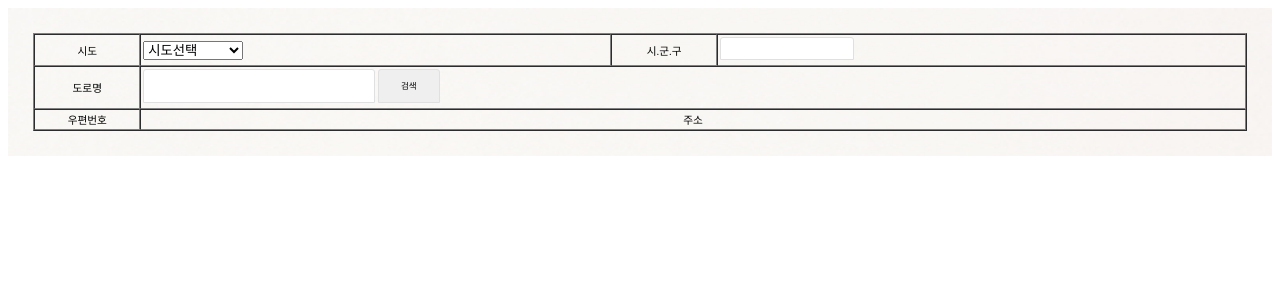
Repository: keepsus/gaebokchi
Page: http://localhost/uzuslime/member/memberCheckPost.jsp
These files come from the project's save history. The page is drawn as it stood at one moment and after the next save; the edit follows.
The browser window is 1280 px wide. The pictures show the whole page.
The page is served by Tomcat 9. Nobody is signed in. The application's start-up code is not run. Other server files are loaded and not shown.

Above is the page before, as saved 2021-02-12 11:42:35.

### uzuslime/src/main/webapp/member/memberCheckPost.jsp
<%@ page language="java" contentType="text/html; charset=UTF-8"
    pageEncoding="UTF-8"%>
<%@ taglib prefix="c" uri="http://java.sun.com/jsp/jstl/core" %>

<!DOCTYPE html>
<html>
<head>
<meta charset="UTF-8">
<title>우편번호 검색</title>
<link rel="stylesheet" href="../css/member.css">
  <link rel="stylesheet" href="/slime/css/memberCheckPost.css">
</head>
<body>
<form id="memberCheckPostForm">
<div class="checkPost">
<table id="checkPostTable" border="1" width="100%" cellpadding="2" cellspacing="0">
<tr>
	<td width="100" align="center">시도</td>
	<td>
		<select name="sido" id="sido" style="width: 100px;">
				<option>시도선택</option>
				<option value="서울">서울</option>
				<option value="인천">인천</option>
				<option value="대전">대전</option>
				<option value="대구">대구</option>
				<option value="울산">울산</option>
				<option value="세종">세종</option>
				<option value="광주">광주</option>
				<option value="경기">경기</option>
				<option value="강원">강원</option>
				<option value="전남">전남</option>
				<option value="전북">전북</option>
				<option value="경남">경남</option>
				<option value="경북">경북</option>
				<option value="충남">충남</option>
				<option value="충북">충북</option>
				<option value="부산">부산</option>
				<option value="제주">제주</option>
			</select>
	</td>
	<td align="center" width="100">시.군.구</td>
	<td><input type="text" name="sigungu" id="sigungu"></td>
</tr>

<tr>
	<td align="center">도로명</td>
	<td colspan="3">
		<input type="text" name="roadname" id="roadname" size="35">
		<input type="button" id="checkPostSearchBtn" value="검색">
	</td>
</tr>

<tr>
	<td align="center">우편번호</td>
	<td colspan="3" align="center">주소</td>
</tr>
</table>
</div>
</form>
<script type="text/javascript" src="https://code.jquery.com/jquery-3.5.1.min.js"></script>
<script type="text/javascript" src="/slime/js/member.js"></script>
</body>
</html>

### uzuslime/src/main/webapp/css/member.css
@charset "UTF-8";
td {
	font-size: 8pt;
}

#addressA:link {color: black; text-decoration: none;}
#addressA:visited {color: black; text-decoration: none;}
#addressA:hover {color: blue; text-decoration: underline;}
#addressA:active {color: black; text-decoration: none;}

### uzuslime/src/main/webapp/css/memberCheckPost.css
.checkPost {
	padding : 2%;

}



.checkPostSearchBtn{
	border-radius: 3px 3px 0 0;
    border: 1px solid #8393a7;
    background-color: #8393a7;
    font-size: 80%;
    color :white;
    cursor:pointer;
}

input {
	padding: 1% 2%;
    line-height: 1.2;
    border-radius: 3px 3px 0 0;
    border: 1px solid #e0e0e0;
    font-size: 80%;
    margin-bottom: 3px;
}

.checkPost {
	background-image: url("/slime/image/img6_1.jpg");
    background-size:cover;
}

### uzuslime/src/main/webapp/js/member.js
//로그인
$('#loginBtn').click(function(){
	$('#loginIdDiv').empty();
	$('#loginPwdDiv').empty();

	if($('#loginId').val()==''){
		$('#loginIdDiv').text('아이디를 입력')
						.css('color','red')
						.css('font-size','8pt')
						.css('font-weight','bold');

	}else if($('#loginPwd').val()==''){
		$('#loginPwdDiv').text('비밀번호를 입력')
						 .css('color','red')
						 .css('font-size','8pt')
						 .css('font-weight','bold');
	}else{
		$.ajax({
			type : 'post',
			url: '/slime/member/login',
			data: {'member_id': $('#loginId').val(), 'pwpwpw': $('#loginPwd').val()},

			dataType: 'text',
			success: function(data){
				if(data == 'success'){
					location.href = '/slime/index.jsp';

				}else if(data == 'fail'){

					alert('잘못된 정보입니다. 다시 입력해주세요.');
				}
			},//success
			error: function(err){
				console.log(err);
			}//error

		});//ajax
	}//else
});//click

//회원가입
$('#writeBtn').click(function(){
	$('#nameDiv').empty();
	$('#idDiv').empty();
	$('#pwdDiv').empty();
	$('#repwdDiv').empty();
	$('#emailDiv').empty();
	var idReg = /^[A-za-z0-9]/g;
	//아이디 한글못넣게 하는 것
	//[영문 대문자 또는 소문자로 시작하는 아이디, 끝날때 제한 없음]

	//if($('#name').val()==''){ -> 방법 1
	//if($('input[id=member_name]').val()==''){ -> 방법 2
	//id 속성이용은 2가지 방법 모두 가능
	if($('input[id=member_name]').val()==''){
		$('#nameDiv').text('이름을 입력하세요');
		$('#nameDiv').css('color','red');
		$('#nameDiv').css('font-size','8pt');
		$('#nameDiv').css('font-weight','bold');

	}else if($('#member_id').val()==''){	//id 속성이용
		$('#idDiv').text('아이디를 입력하세요');
		$('#idDiv').css('color','red');
		$('#idDiv').css('font-size','8pt');
		$('#idDiv').css('font-weight','bold');

	}else if( !idReg.test( $("input[id=member_id]").val() ) ){
		$('#idDiv').text('아이디는 영문자로 시작하는 6~20자 영문자 또는 숫자이어야 합니다.');
		$('#idDiv').css('color','red');
		$('#idDiv').css('font-size','8pt');
		$('#idDiv').css('font-weight','bold');

	}else if($('input[name=member_pw]').val()==''){
		$('#pwdDiv').text('비밀번호를 입력하세요')
		$('#pwdDiv').css('color','red')
		$('#pwdDiv').css('font-size','8pt')
		$('#pwdDiv').css('font-weight','bold');

	}else if($('input[name=repw]').val() != $('input[name=member_pw]').val()){
		$('#repwdDiv').text('비밀번호가 맞지 않습니다')
		$('#repwdDiv').css('color','red')
		$('#repwdDiv').css('font-size','8pt')
		$('#repwdDiv').css('font-weight','bold');

	}else if($('#member_id').val() != $('#check').val()){
		$('#idDiv').text('중복체크 하세요')
		$('#idDiv').css('color','red')
		$('#idDiv').css('font-size','8pt')
		$('#idDiv').css('font-weight','bold');

	}else if($('input[name=email1]').val()==''||$('input[name=email2]').val()==''){
		$('#emailDiv').text('이메일을 입력하세요')
		$('#emailDiv').css('color','red')
		$('#emailDiv').css('font-size','8pt')
		$('#emailDiv').css('font-weight','bold');

	}else{
		$('form[name=memberWriteForm]').submit();
	}
});

//중복 아이디 체크
$('#member_id').focusout(function(){
	if($('#member_id').val()==''){
		$('#idDiv').text('먼저 아이디를 입력하세요')
		$('#idDiv').css('color','magenta')
		$('#idDiv').css('font-size','8pt')
		$('#idDiv').css('font-weight','bold');

	}else{
		$.ajax({
			type: 'post',
			url: '/slime/member/checkId',
			data: 'member_id='+$('#member_id').val(),
			dataType: 'text',
			success: function(data){
				if(data == 'exist'){
					$('#idDiv').text('사용 불가능')
					$('#idDiv').css('color','magenta')
					$('#idDiv').css('font-size','8pt')
					$('#idDiv').css('font-weight','bold');

				}else if(data == 'non_exist'){
					$('#check').val($('#member_id').val());

					$('#idDiv').text('사용 가능')
					$('#idDiv').css('color','blue')
					$('#idDiv').css('font-size','8pt')
					$('#idDiv').css('font-weight','bold');
				}
			}
		});
	}
});

//우편번호
$('#checkPostBtn').click(function(){
	window.open("/slime/member/memberCheckPost", "zipcode", "width=700 height=500 scrollbars=yes");
});

$('#checkPostSearchBtn').click(function(){
	$.ajax({
		type: 'post',
		url: '/slime/member/checkPostSearch',
		data: $('#memberCheckPostForm').serialize(),	//serialize : '변수=값&변수=값'
		dataType: 'json',
		success: function(data){
			//alert(JSON.stringify(data));

			$('#checkPostTable tr:gt(2)').remove();

			$.each(data.list, function(index, items){
				var address = items.sido+' '
							+ items.sigungu+' '
							+ items.yubmyundong+' '
							+ items.ri+' '
							+ items.roadname+' '
							+ items.buildingname;

				address = address.replace(/null/g, '');

				$('<tr/>').append($('<td/>',{
					align: 'center',
					text: items.zipcode

				})).append($('<td/>',{
					colspan: '3',
					}).append($('<a/>',{
						href: '#',
						id: 'addressA',
						text: address
					}))
				).appendTo($('#checkPostTable'));
			});//each

			$('a').click(function(){
				//alert($(this).prop('tagName'));
				//alert($(this).parent().prev().text());

				$('#postcode', opener.document).val($(this).parent().prev().text());
				$('#address', opener.document).val($(this).text());
				$('#detailAddress', opener.document).focus();
				window.close();
			});
		},
		error: function(err){
			console.log(err);
		}
	});
});

//회원정보수정
$('#modifyBtn').click(function(){
	$('#nameDiv').empty();
	$('#pwdDiv').empty();
	$('#repwdDiv').empty();

	if($('#member_name').val()==''){
		$('#nameDiv').text('이름을 입력하세요');
		$('#nameDiv').css('color','red');
		$('#nameDiv').css('font-size','8pt');
		$('#nameDiv').css('font-weight','bold');

	}else if($('input[name=member_pw]').val()==''){
		$('#pwdDiv').text('비밀번호를 입력하세요')
		$('#pwdDiv').css('color','red')
		$('#pwdDiv').css('font-size','8pt')
		$('#pwdDiv').css('font-weight','bold');

	}else if($('input[name=repw]').val() != $('input[name=member_pw]').val()){
		$('#repwdDiv').text('비밀번호가 맞지 않습니다')
		$('#repwdDiv').css('color','red')
		$('#repwdDiv').css('font-size','8pt')
		$('#repwdDiv').css('font-weight','bold');

	}else{
		$.ajax({
			type: 'post',
			url: '/slime/member/modify',
			data: $('#memberModifyForm').serialize(),	//serialize : '변수=값&변수=값'
			success: function(){
				alert('회원정보수정 완료');
				location.href='/slime/mypage/myPageOrder.jsp';
			},
			error: function(err){
				console.log(err);
			}
		});
	}
});

//아이디 찾기
$('#searchBtn').click(function(){
	$.ajax({
		type: 'post',
		url: '/slime/member/memberIdSearch',
		data: $('#memberSearch').serialize(),
		dataType: 'text',
		success: function(data){
			alert("회원님의 ID는 "+data+" 입니다");
			location.href='/slime/index.jsp';
		},
		error: function(err){
			alert("틀린 정보입니다. 다시 확인해주세요.")
			console.log(err);
		}
	});
});


//이메일 인증 보내기
$('#emailBtn').click(function(){
	$('#emailDiv').empty();
	if($('input[name=email1]').val()==''||$('input[name=email2]').val()==''){
		$('#emailDiv').text('이메일을 입력하세요');
		$('#emailDiv').css('color','red');
		$('#emailDiv').css('font-size','8pt');
		$('#emailDiv').css('font-weight','bold');

	}else{
		$.ajax({
			type: 'post',
			url: '/slime/member/sendEmail',
			data: 'e_mail='+$('#email1').val()+'@'+$('#email2').val(),
			dataType: 'json',
			success: function(data){
				$('#emailDiv').text('이메일이 발송되었습니다. 인증번호를 입력헤주세요');
				$('#emailDiv').css('color','red');
				$('#emailDiv').css('font-size','8pt');
				$('#emailDiv').css('font-weight','bold');
				console.log('이메일 data ='+ JSON.stringify(data));//data가 들어오는것인가?이상한게 찍힌다.
				$('#checkEmailR').val(data.dice);//받은 인증번호를 jsp에 있는 hidden 속성에 넣어주기
			},
			error: function(err){
				console.log(err);
			}
		});
	}

});


//이메일 인증번호 확인
$('#emailCheckBtn').click(function(){
	$('#emailDiv').empty();

	if($('input[id=checkEmail]').val()==''){
		$('#emailDiv').text('이메일 인증번호를 입력해주세요 ')
		$('#emailDiv').css('color','magenta')
		$('#emailDiv').css('font-size','8pt')
		$('#emailDiv').css('font-weight','bold');

	}else{
		if
		(document.getElementById('checkEmail').value == document.getElementById('checkEmailR').value){
			$('#emailDiv').text('인증되었습니다.')
			$('#emailDiv').css('color','magenta')
			$('#emailDiv').css('font-size','8pt')
			$('#emailDiv').css('font-weight','bold');
		}else if
		(document.getElementById('checkEmail').value != document.getElementById('checkEmailR').value){
			$('#emailDiv').text('인증번호가 맞지 않습니다.')
			$('#emailDiv').css('color','magenta')
			$('#emailDiv').css('font-size','8pt')
			$('#emailDiv').css('font-weight','bold');
		}
	}

});

After the next save:
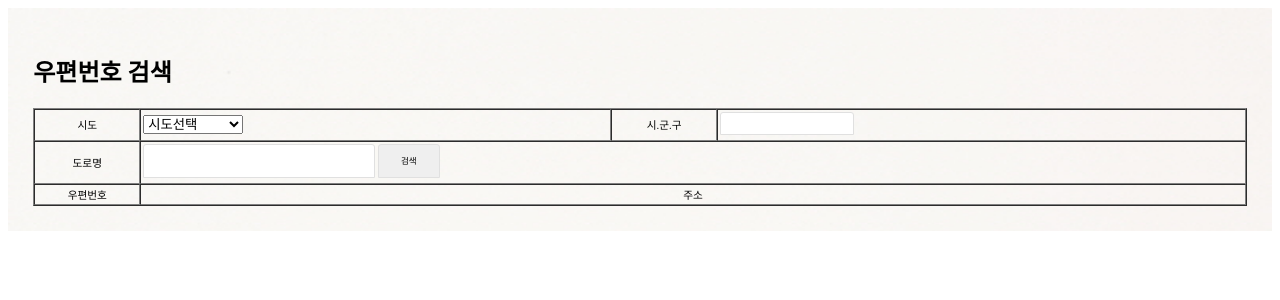
Saved 110 s later.
--- a/uzuslime/src/main/webapp/member/memberCheckPost.jsp
+++ b/uzuslime/src/main/webapp/member/memberCheckPost.jsp
@@ -13,6 +13,7 @@
 <body>
 <form id="memberCheckPostForm">
 <div class="checkPost">
+<h2>우편번호 검색</h2>
 <table id="checkPostTable" border="1" width="100%" cellpadding="2" cellspacing="0">
 <tr>
 	<td width="100" align="center">시도</td>
